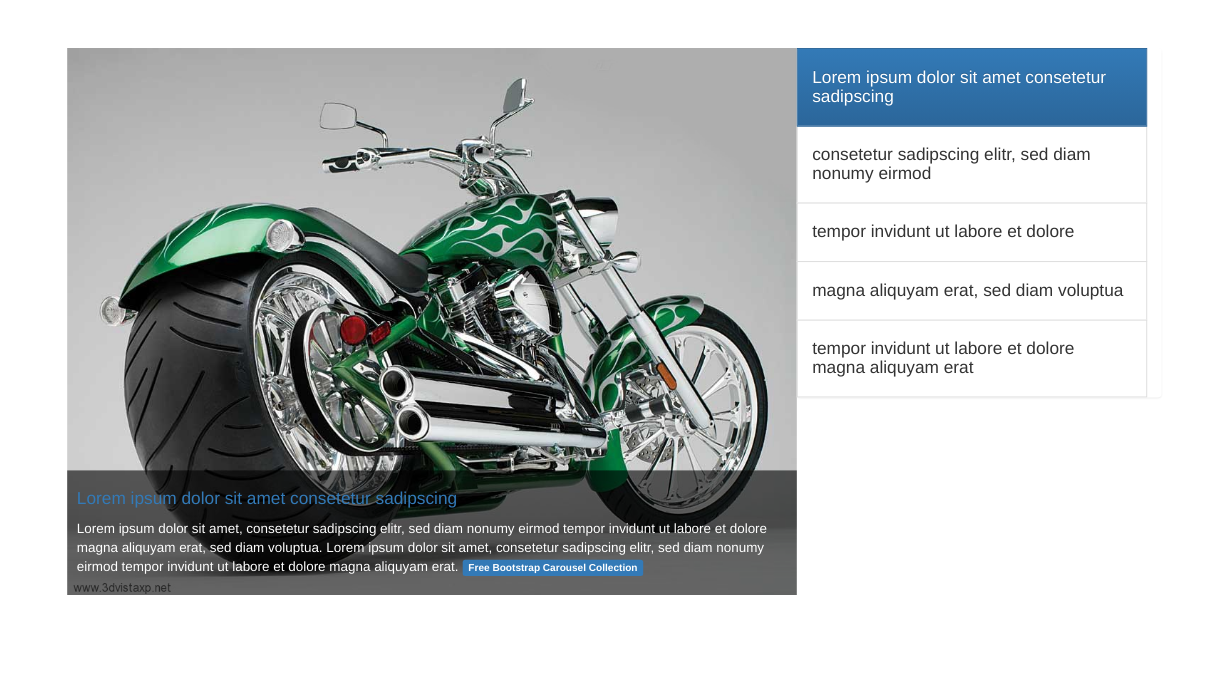
Repository: mrahulbisht/Wheelskart-Project
Page: http://localhost/WheelskartFrontEnd/WEB-INF/views/Corousel.jsp
An editor plug-in stored every save of this project. The page is shown before and after the next save, followed by the edit.
The browser window is 1280 px wide. The pictures show the whole page, at 96% of full size.
Some web libraries are served in a nearby version. The page is served by Tomcat 9. Nobody is signed in. Other server files are loaded and not shown. The template is opened directly, without the code that normally fills it, so the values that code supplies are empty.

Above is the page before, as saved 2017-04-22 09:08:04.
Console error: ReferenceError: $ is not defined

### project/WheelskartFrontEnd/src/main/webapp/WEB-INF/views/Corousel.jsp
<%@ page language="java" contentType="text/html; charset=ISO-8859-1"
    pageEncoding="ISO-8859-1"%>
<!DOCTYPE html PUBLIC "-//W3C//DTD HTML 4.01 Transitional//EN" "http://www.w3.org/TR/html4/loose.dtd">
<html>
<head>
<meta http-equiv="Content-Type" content="text/html; charset=ISO-8859-1">
<title>Insert title here</title>
<link rel="stylesheet" href="https://maxcdn.bootstrapcdn.com/bootstrap/3.3.7/css/bootstrap.min.css" integrity="sha384-BVYiiSIFeK1dGmJRAkycuHAHRg32OmUcww7on3RYdg4Va+PmSTsz/K68vbdEjh4u" crossorigin="anonymous">
  <meta name="viewport" content="width=device-width, initial-scale=1">
<!-- Optional theme -->
<link rel="stylesheet" href="https://maxcdn.bootstrapcdn.com/bootstrap/3.3.7/css/bootstrap-theme.min.css" integrity="sha384-rHyoN1iRsVXV4nD0JutlnGaslCJuC7uwjduW9SVrLvRYooPp2bWYgmgJQIXwl/Sp" crossorigin="anonymous">
<link href="//maxcdn.bootstrapcdn.com/font-awesome/4.2.0/css/font-awesome.min.css" rel="stylesheet">
 <link href='http://fonts.googleapis.com/css?family=Open+Sans' rel='stylesheet'  type='text/css'>

<style>
body { padding-top: 50px; }
/*#####################
Additional Styles (required)
#####################*/
#myCarousel .carousel-caption {
    left:0;
	right:0;
	bottom:0;
	text-align:left;
	padding:10px;
	background:rgba(0,0,0,0.6);
	text-shadow:none;
}

#myCarousel .list-group {
	position:absolute;
	top:0;
	right:0;
}
#myCarousel .list-group-item {
	border-radius:0px;
	cursor:pointer;
}
#myCarousel .list-group .active {
	background-color:#eee;
}

@media (min-width: 992px) {
	#myCarousel {padding-right:33.3333%;}
	#myCarousel .carousel-controls {display:none;}
}
@media (max-width: 991px) {
	.carousel-caption p,
	#myCarousel .list-group {display:none;}
}
</style>
<script>
 var boxheight = $('.carousel-inner').height();
	var itemlength = $('.item').length;
	var triggerheight = Math.round(boxheight/itemlength+1);
	$('.list-group-item').height(triggerheight);

	var clickEvent = false;
	$('#myCarousel').carousel({
		interval:   4000
	}).on('click', '.list-group li', function() {
			clickEvent = true;
			$('.list-group li').removeClass('active');
			$(this).addClass('active');
	}).on('slid.bs.carousel', function(e) {
		if(!clickEvent) {
			var count = $('.list-group').children().length -1;
			var current = $('.list-group li.active');
			current.removeClass('active').next().addClass('active');
			var id = parseInt(current.data('slide-to'));
			if(count == id) {
				$('.list-group li').first().addClass('active');
			}
		}
		clickEvent = false;
	});

 </script>
</head>
<body>
<link href="//netdna.bootstrapcdn.com/font-awesome/4.0.3/css/font-awesome.min.css" rel="stylesheet">
<div class="container">
    <div id="myCarousel" class="carousel slide" data-ride="carousel">

      <!-- Wrapper for slides -->
      <div class="carousel-inner">

        <div class="item active">
          <img src="src/main/webapp/WEB-INF/views/e08ed49f43740e8f7c43c2059b25b19f.jpg">
           <div class="carousel-caption">
            <h4><a href="#">Lorem ipsum dolor sit amet consetetur sadipscing</a></h4>
            <p>Lorem ipsum dolor sit amet, consetetur sadipscing elitr, sed diam nonumy eirmod tempor invidunt ut labore et dolore magna aliquyam erat, sed diam voluptua. Lorem ipsum dolor sit amet, consetetur sadipscing elitr, sed diam nonumy eirmod tempor invidunt ut labore et dolore magna aliquyam erat. <a class="label label-primary" href="http://sevenx.de/demo/bootstrap-carousel/" target="_blank">Free Bootstrap Carousel Collection</a></p>
          </div>
        </div><!-- End Item -->

         <div class="item">
          <img src="src/main/webapp/WEB-INF/views/super-bikes.jpg">
           <div class="carousel-caption">
            <h4><a href="#">consetetur sadipscing elitr, sed diam nonumy eirmod</a></h4>
            <p>Lorem ipsum dolor sit amet, consetetur sadipscing elitr, sed diam nonumy eirmod tempor invidunt ut labore et dolore magna aliquyam erat, sed diam voluptua. Lorem ipsum dolor sit amet, consetetur sadipscing elitr, sed diam nonumy eirmod tempor invidunt ut labore et dolore magna aliquyam erat. <a class="label label-primary" href="http://sevenx.de/demo/bootstrap-carousel/" target="_blank">Free Bootstrap Carousel Collection</a></p>
          </div>
        </div><!-- End Item -->

        <div class="item">
          <img src=""src/main/webapp/WEB-INF/views/bf2b62c46d04fadf9a061eb48cb35878.jpg">
           <div class="carousel-caption">
            <h4><a href="#">tempor invidunt ut labore et dolore</a></h4>
            <p>Lorem ipsum dolor sit amet, consetetur sadipscing elitr, sed diam nonumy eirmod tempor invidunt ut labore et dolore magna aliquyam erat, sed diam voluptua. Lorem ipsum dolor sit amet, consetetur sadipscing elitr, sed diam nonumy eirmod tempor invidunt ut labore et dolore magna aliquyam erat. <a class="label label-primary" href="http://sevenx.de/demo/bootstrap-carousel/" target="_blank">Free Bootstrap Carousel Collection</a></p>
          </div>
        </div><!-- End Item -->

        <div class="item">
          <img src="src/main/webapp/WEB-INF/views/honda-bikes-54a.jpg">
           <div class="carousel-caption">
            <h4><a href="#">magna aliquyam erat, sed diam voluptua</a></h4>
            <p>Lorem ipsum dolor sit amet, consetetur sadipscing elitr, sed diam nonumy eirmod tempor invidunt ut labore et dolore magna aliquyam erat, sed diam voluptua. Lorem ipsum dolor sit amet, consetetur sadipscing elitr, sed diam nonumy eirmod tempor invidunt ut labore et dolore magna aliquyam erat. <a class="label label-primary" href="http://sevenx.de/demo/bootstrap-carousel/" target="_blank">Free Bootstrap Carousel Collection</a></p>
          </div>
        </div><!-- End Item -->

        <div class="item">
          <img src="src/main/webapp/WEB-INF/views/cool-bikes-17.jpg">
           <div class="carousel-caption">
            <h4><a href="#">tempor invidunt ut labore et dolore magna aliquyam erat</a></h4>
            <p>Lorem ipsum dolor sit amet, consetetur sadipscing elitr, sed diam nonumy eirmod tempor invidunt ut labore et dolore magna aliquyam erat, sed diam voluptua. Lorem ipsum dolor sit amet, consetetur sadipscing elitr, sed diam nonumy eirmod tempor invidunt ut labore et dolore magna aliquyam erat. <a class="label label-primary" href="http://sevenx.de/demo/bootstrap-carousel/" target="_blank">Free Bootstrap Carousel Collection</a></p>
          </div>
        </div><!-- End Item -->

      </div><!-- End Carousel Inner -->


    <ul class="list-group col-sm-4">
      <li data-target="#myCarousel" data-slide-to="0" class="list-group-item active"><h4>Lorem ipsum dolor sit amet consetetur sadipscing</h4></li>
      <li data-target="#myCarousel" data-slide-to="1" class="list-group-item"><h4>consetetur sadipscing elitr, sed diam nonumy eirmod</h4></li>
      <li data-target="#myCarousel" data-slide-to="2" class="list-group-item"><h4>tempor invidunt ut labore et dolore</h4></li>
      <li data-target="#myCarousel" data-slide-to="3" class="list-group-item"><h4>magna aliquyam erat, sed diam voluptua</h4></li>
      <li data-target="#myCarousel" data-slide-to="4" class="list-group-item"><h4>tempor invidunt ut labore et dolore magna aliquyam erat</h4></li>
    </ul>

      <!-- Controls -->
      <div class="carousel-controls">
          <a class="left carousel-control" href="#myCarousel" data-slide="prev">
            <span class="glyphicon glyphicon-chevron-left"></span>
          </a>
          <a class="right carousel-control" href="#myCarousel" data-slide="next">
            <span class="glyphicon glyphicon-chevron-right"></span>
          </a>
      </div>

    </div><!-- End Carousel -->
</div>
</body>
</html>

After the next save:
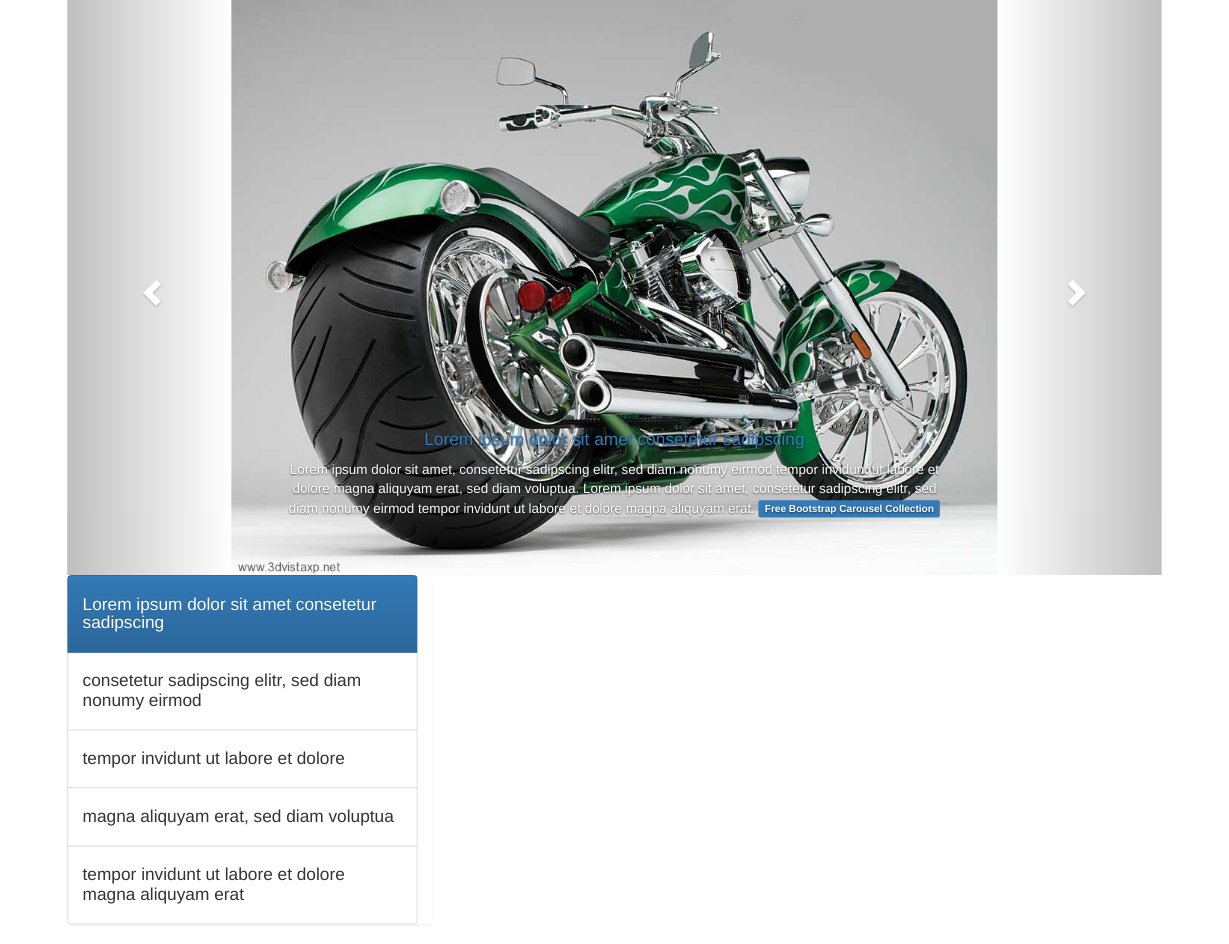
Saved 101 s later.
--- a/project/WheelskartFrontEnd/src/main/webapp/WEB-INF/views/Corousel.jsp
+++ b/project/WheelskartFrontEnd/src/main/webapp/WEB-INF/views/Corousel.jsp
@@ -13,41 +13,11 @@
  <link href='http://fonts.googleapis.com/css?family=Open+Sans' rel='stylesheet'  type='text/css'>
 
 <style>
-body { padding-top: 50px; }
-/*#####################
-Additional Styles (required)
-#####################*/
-#myCarousel .carousel-caption {
-    left:0;
-	right:0;
-	bottom:0;
-	text-align:left;
-	padding:10px;
-	background:rgba(0,0,0,0.6);
-	text-shadow:none;
-}
-
-#myCarousel .list-group {
-	position:absolute;
-	top:0;
-	right:0;
-}
-#myCarousel .list-group-item {
-	border-radius:0px;
-	cursor:pointer;
-}
-#myCarousel .list-group .active {
-	background-color:#eee;
-}
-
-@media (min-width: 992px) {
-	#myCarousel {padding-right:33.3333%;}
-	#myCarousel .carousel-controls {display:none;}
-}
-@media (max-width: 991px) {
-	.carousel-caption p,
-	#myCarousel .list-group {display:none;}
-}
+.carousel-inner > .item > img,
+  .carousel-inner > .item > a > img {
+      width: 70%;
+      margin: auto;
+  }
 </style>
 <script>
  var boxheight = $('.carousel-inner').height();
